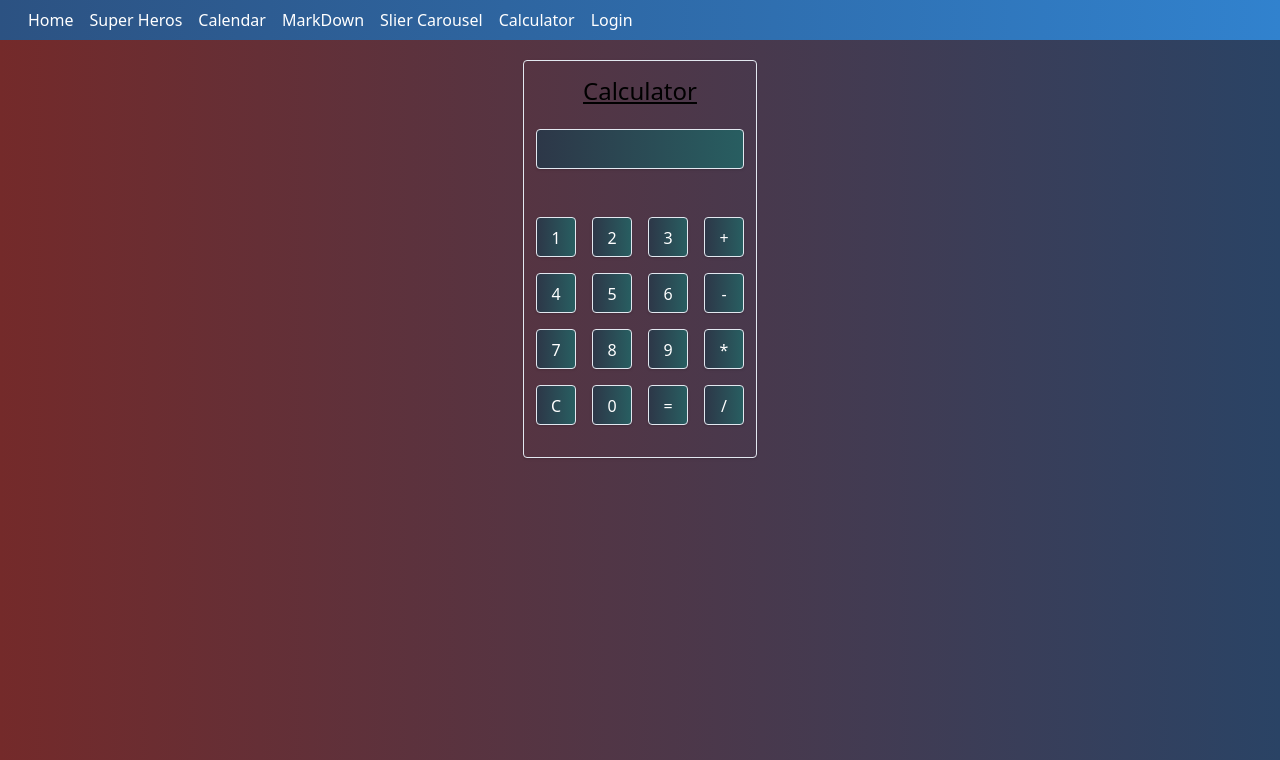
Repository: kshvkndl/VueFullCoursePractice
Page: /calculator
These files come from the project's save history. The page is drawn as it stood at one moment and after the next save; the edit follows.
The browser window is 1280 px wide. The pictures show the whole page.
The project was rebuilt for these pictures with package versions that can differ from the ones it lists, and the page was loaded fresh each time. Also part of the build but not shown: src/components/login/GoogleLogin.vue, src/components/LoginModal.vue, src/pages/SuperHeros.vue, src/pages/Calender.vue, src/pages/Home.vue, src/utilities/mixins/debounce.js, src/pages/MarkDown.vue, src/pages/Slider.vue.

Above is the page before, as saved 2020-11-24 17:28:03.

### src/main.js
import { createApp } from 'vue'
import App from './App.vue'
import './assets/style.css'
import router from './router'

const app = createApp(App);
app.use(router);
app.mount('#app');

### src/App.vue
<template>
  <AppHeader
    :isLoggedIn="isLoggedIn"
    @open-login-modal="isLoginOpen = true"
  ></AppHeader>
  <div class="w-full flex">
    <router-view></router-view>
  </div>
  <LoginModal
    v-if="isLoginOpen"
    @close-login-modal="isLoginOpen = false"
  ></LoginModal>
  <calculator></calculator>
</template>

<script>
import AppHeader from "@/components/AppHeader";
import LoginModal from "@/components/LoginModal";
import firebase from "@/utilities/firebase";

export default {
  data() {
    return {
      isLoginOpen: false,
      isLoggedIn: false,
      authUser: {},
    };
  },
  mounted() {
    firebase.auth().onAuthStateChanged((user) => {
      if (user) {
        // User is signed in, see docs for a list of available properties
        // https://firebase.google.com/docs/reference/js/firebase.User
        this.isLoggedIn = true;
        this.authUser = user;
        // ...
      } else {
        // User is signed out
        // ...
        this.isLoggedIn = false;
        this.authUser = {};
      }
    });
  },
  components: { AppHeader, LoginModal },
};
</script>

### src/router.js
import { createRouter, createWebHistory } from 'vue-router';
import SuperHeros from '@/pages/SuperHeros'
import Calender from '@/pages/Calender'
import Home from '@/pages/Home'
import MarkDown from '@/pages/MarkDown'
import Slider from '@/pages/Slider'
import Calculator from '@/pages/Calculator'


const routes = [
    { path: '/', component: Home },
    { path: '/super-heros', component: SuperHeros },
    { path: '/calendar', component: Calender },
    { path: '/markdown', component: MarkDown },
    { path: '/slider', component: Slider },
    { path: '/calculator', component: Calculator },
]

const router = createRouter({
    history: createWebHistory(),
    routes,
});
export default router;

### src/components/AppHeader.vue
<template>
  <nav
    class="w-full bg-gradient-to-r from-blue-800 to-blue-600 text-white px-5 py-2"
  >
    <router-link
      class="mx-2"
      v-for="item in list"
      :key="item.to"
      :to="item.to"
      >{{ item.title }}</router-link
    >
    <button v-if="isLoggedIn" class="mx-2" @click="logout">Logout</button>
    <button class="mx-2" v-else @click="$emit('open-login-modal')">
      Login
    </button>
  </nav>
</template>


<script>
import firebase from "@/utilities/firebase";

export default {
  props: { isLoggedIn: Boolean },
  data() {
    return {
      list: [
        { title: "Home", to: "/" },
        { title: "Super Heros", to: "/super-heros" },
        { title: "Calendar", to: "/calendar" },
        { title: "MarkDown", to: "/markdown" },
        { title: "Slier Carousel", to: "/slider" },
        { title: "Calculator", to: "/calculator" },
      ],
    };
  },

  methods: {
    logout() {
      firebase.auth().signOut();
      // .then((res) => {})
      // .catch((e) => {});
    },
  },
};
</script>

### src/utilities/firebase.js
import firebase from "firebase/app";
import "firebase/auth";

//Initialize Firebase in your app:
const firebaseConfig = {
    apiKey: "AIzaSyDjvIW3oj4Y3b7An_zw7nLTcy3s7ri5iV8",
    authDomain: "vue3-10hr-course.firebaseapp.com",
    databaseURL: "https://vue3-10hr-course.firebaseio.com",
    projectId: "vue3-10hr-course",
    storageBucket: "vue3-10hr-course.appspot.com",
    messagingSenderId: "142849199726",
    appId: "1:142849199726:web:1e3863fc8388efd1ade07f"
};

// Initialize Firebase
firebase.initializeApp(firebaseConfig);

export default firebase;

### src/pages/Calculator.vue
<template>
  <section
    class="flex w-full h-screen bg-gradient-to-r from-red-900 to-blue-900"
  >
    <div class="m-auto border rounded shadow p-3 mt-5">
      <h1 class="text-2xl text-center"><u>Calculator</u></h1>
      <p
        class="text-2xl text-right mt-5 mb-2 border rounded shadow w-45 h-10 p-1 overflow-x-hidden text-white bg-gradient-to-r from-gray-800 to-teal-800"
        style="direction: rtl"
      >
        {{ currentNum }}
      </p>

      <div class="h-10">
        <small> {{ prevNum }} {{ selectedOperation }} {{ currentNum }} </small>
      </div>

      <div class="mb-5 grid grid-cols-4 gap-4">
        <button
          @click="buttonPressed('1')"
          class="p-2 border shadow w-10 h-10 rounded text-white bg-gradient-to-r from-gray-800 to-teal-800"
        >
          1
        </button>
        <button
          @click="buttonPressed('2')"
          class="p-2 border shadow w-10 h-10 rounded text-white bg-gradient-to-r from-gray-800 to-teal-800"
        >
          2
        </button>
        <button
          @click="buttonPressed('3')"
          class="p-2 border shadow w-10 h-10 rounded text-white bg-gradient-to-r from-gray-800 to-teal-800"
        >
          3
        </button>
        <button
          @click="buttonPressed('+')"
          class="p-2 border shadow w-10 h-10 rounded text-white bg-gradient-to-r from-gray-800 to-teal-800"
        >
          +
        </button>
        <button
          @click="buttonPressed('4')"
          class="p-2 border shadow w-10 h-10 rounded text-white bg-gradient-to-r from-gray-800 to-teal-800"
        >
          4
        </button>
        <button
          @click="buttonPressed('5')"
          class="p-2 border shadow w-10 h-10 rounded text-white bg-gradient-to-r from-gray-800 to-teal-800"
        >
          5
        </button>
        <button
          @click="buttonPressed('6')"
          class="p-2 border shadow w-10 h-10 rounded text-white bg-gradient-to-r from-gray-800 to-teal-800"
        >
          6
        </button>
        <button
          @click="buttonPressed('-')"
          class="p-2 border shadow w-10 h-10 rounded text-white bg-gradient-to-r from-gray-800 to-teal-800"
        >
          -
        </button>
        <button
          @click="buttonPressed('7')"
          class="p-2 border shadow w-10 h-10 rounded text-white bg-gradient-to-r from-gray-800 to-teal-800"
        >
          7
        </button>
        <button
          @click="buttonPressed('8')"
          class="p-2 border shadow w-10 h-10 rounded text-white bg-gradient-to-r from-gray-800 to-teal-800"
        >
          8
        </button>
        <button
          @click="buttonPressed('9')"
          class="p-2 border shadow w-10 h-10 rounded text-white bg-gradient-to-r from-gray-800 to-teal-800"
        >
          9
        </button>
        <button
          @click="buttonPressed('*')"
          class="p-2 border shadow w-10 h-10 rounded text-white bg-gradient-to-r from-gray-800 to-teal-800"
        >
          *
        </button>
        <button
          @click="buttonPressed('c')"
          class="p-2 border shadow w-10 h-10 rounded text-white bg-gradient-to-r from-gray-800 to-teal-800"
        >
          C
        </button>
        <button
          @click="buttonPressed('0')"
          class="p-2 border shadow w-10 h-10 rounded text-white bg-gradient-to-r from-gray-800 to-teal-800"
        >
          0
        </button>
        <button
          @click="buttonPressed('=')"
          class="p-2 border shadow w-10 h-10 rounded text-white bg-gradient-to-r from-gray-800 to-teal-800"
        >
          =
        </button>
        <button
          @click="buttonPressed('/')"
          class="p-2 border shadow w-10 h-10 rounded text-white bg-gradient-to-r from-gray-800 to-teal-800"
        >
          /
        </button>
      </div>
    </div>
  </section>
</template>

<script>
import { onMounted, onUnmounted, ref } from "vue";
export default {
  setup() {
    const currentNum = ref("");
    const prevNum = ref("");
    const selectedOperation = ref("");
    const operations = ["+", "-", "*", "/"];
    const numbers = ["1", "2", "3", "4", "5", "6", "7", "8", "9", "0"];

    function buttonPressed(value) {
      if (value === "=" || value === "Enter") calculate();

      if (value === "c") clear();
      else if (operations.includes(value)) applyOperation(value);
      else if (numbers.includes(value)) appendNumber(value);
    }

    function appendNumber(value) {
      currentNum.value = currentNum.value + value;
    }

    function applyOperation(value) {
      calculate();
      prevNum.value = currentNum.value;
      currentNum.value = "";
      selectedOperation.value = value;
    }

    function calculate() {
      if (selectedOperation.value === "+") sum();
      else if (selectedOperation.value === "-") subtract();
      else if (selectedOperation.value === "*") multiply();
      else if (selectedOperation.value === "/") divide();

      prevNum.value = "";
      selectedOperation.value = "";
    }
    const sum = () => (currentNum.value = +prevNum.value + +currentNum.value);
    const subtract = () =>
      (currentNum.value = prevNum.value - currentNum.value);
    const multiply = () =>
      (currentNum.value = prevNum.value * currentNum.value);
    const divide = () => (currentNum.value = prevNum.value / currentNum.value);

    const clear = () => (currentNum.value = "");

    const handleKeydown = (e) => buttonPressed(e.key);

    onMounted(() => window.addEventListener("keydown", handleKeydown));

    onUnmounted(() => window.removeEventListener("keydown", handleKeydown));

    return {
      currentNum,
      buttonPressed,
      selectedOperation,
      prevNum,
    };
  },
};
</script>

Loaded but not shown: public/index.html (common file); src/assets/style.css (common file); tailwind.config.js (common file)

After the next save:
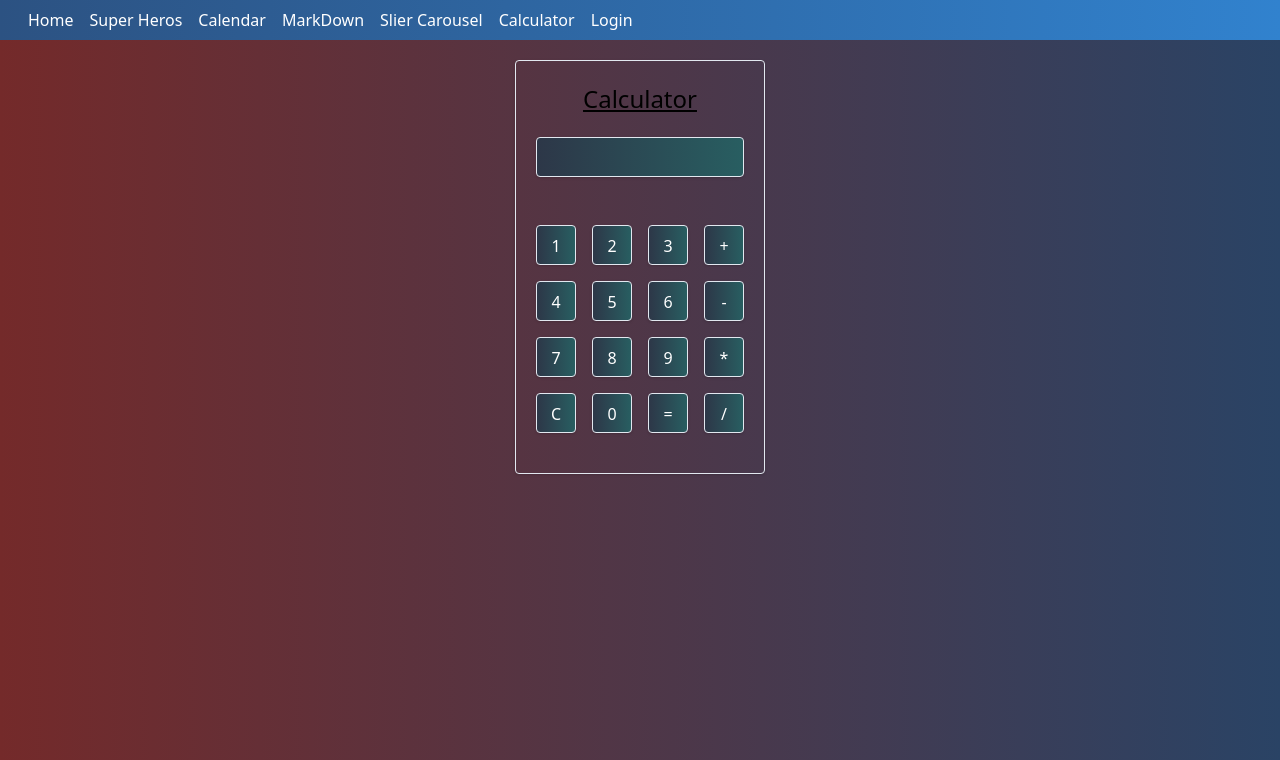
Saved 5 s later.
--- a/src/pages/Calculator.vue
+++ b/src/pages/Calculator.vue
@@ -2,7 +2,7 @@
   <section
     class="flex w-full h-screen bg-gradient-to-r from-red-900 to-blue-900"
   >
-    <div class="m-auto border rounded shadow p-3 mt-5">
+    <div class="m-auto border rounded shadow p-5 mt-5">
       <h1 class="text-2xl text-center"><u>Calculator</u></h1>
       <p
         class="text-2xl text-right mt-5 mb-2 border rounded shadow w-45 h-10 p-1 overflow-x-hidden text-white bg-gradient-to-r from-gray-800 to-teal-800"
